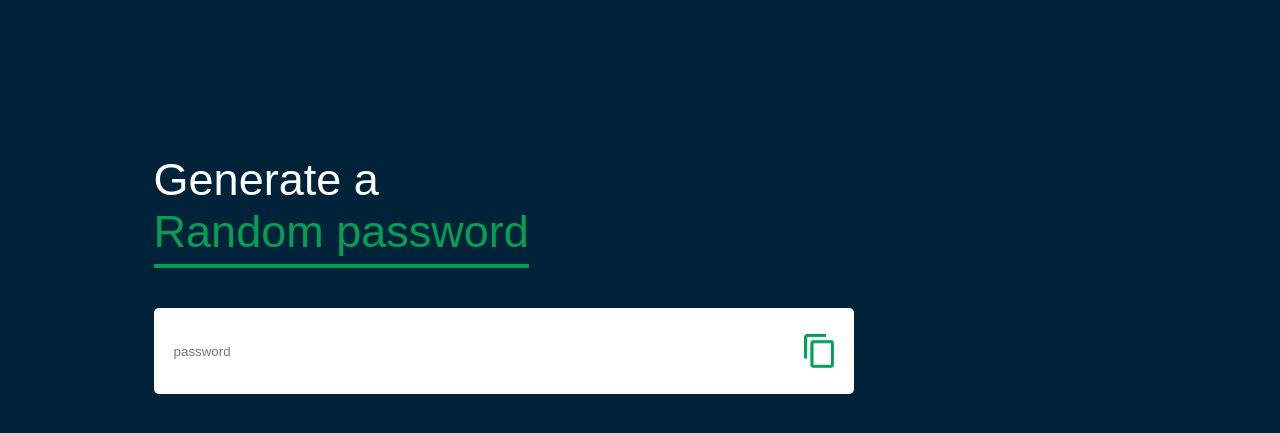
Repository: YAAMAR/password-generator
Page: Random password/index.html
An editor plug-in stored every save of this project. The page is shown before and after a run of saves, followed by the edit.
The browser window is 1280 px wide. The pictures show the whole page.

Above is the page before, as saved 2024-05-02 19:09:30.

### Random password/index.html
<!DOCTYPE html>
<html lang="en">
<head>
    <meta charset="UTF-8">
    <meta name="viewport" content="width=device-width, initial-scale=1.0">
    <title>Random Password Generator-Easy Tutorials</title>
    <link rel="stylesheet" href="style.css">
</head>
<body>
    <div class="container">

        <h1>Generate a <br> <span>Random password</span></h1>
        <div class="display">

            <input type="text" id="password" placeholder="password">
            <img src="images/copy.png">
        </div>
    </div>
</body>
</html>

### Random password/style.css
*{
    margin: 0;
    padding: 0;
    font-family: 'poppins',sans-serif;
    box-sizing: border-box;
}
body{
    background: #002339;
    color: #fff;
}
.container{
    margin: 12%;
    width: 90%;
    max-width: 700px;
}
.display{
    width: 100%;
    margin-top: 50px;
    margin-bottom: 30px;
    background:#fff ;
color: #fff;
display: flex;
align-items: center;
justify-content: space-between;
padding: 26px 20px;
border-radius: 5px;
}
.container h1{
    font-weight: 500;
    font-size: 45px;
}
.container h1 span{
    color: #019f55;
    border-bottom:4px solid #019f55 ;
    padding-bottom:7px ;

}
.display img{
    width: 30px;
    cursor: pointer;
}
.display input{
    border: 0;
    outline: 0;
    font-size: ;
}24px

After the next 2 saves:
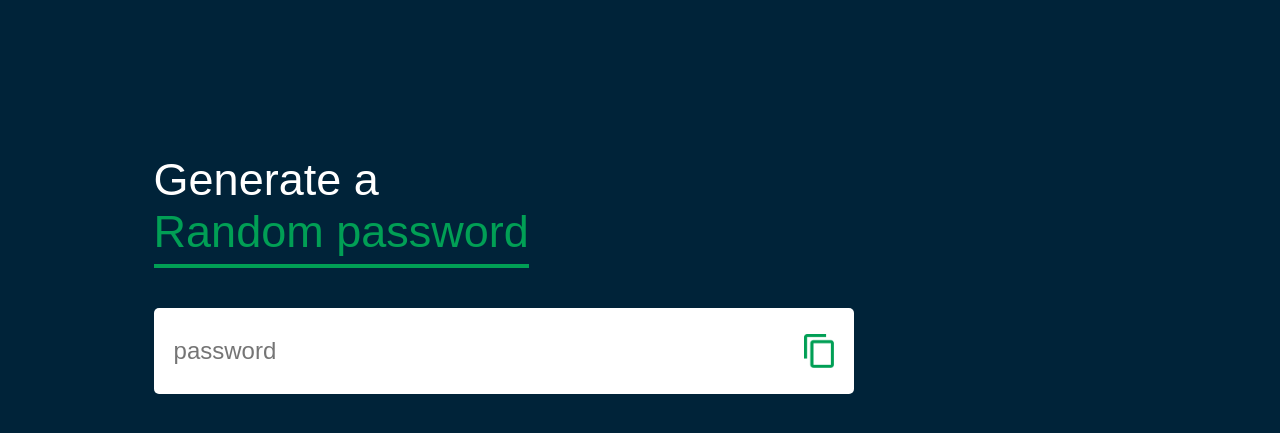
The 2 saves are shown as one change because they came seconds apart.
The last was saved 9 s later.
--- a/Random password/style.css
+++ b/Random password/style.css
@@ -42,5 +42,5 @@ border-radius: 5px;
 .display input{
     border: 0;
     outline: 0;
-    font-size: ;
-}24px
+    font-size: 24px;
+}
